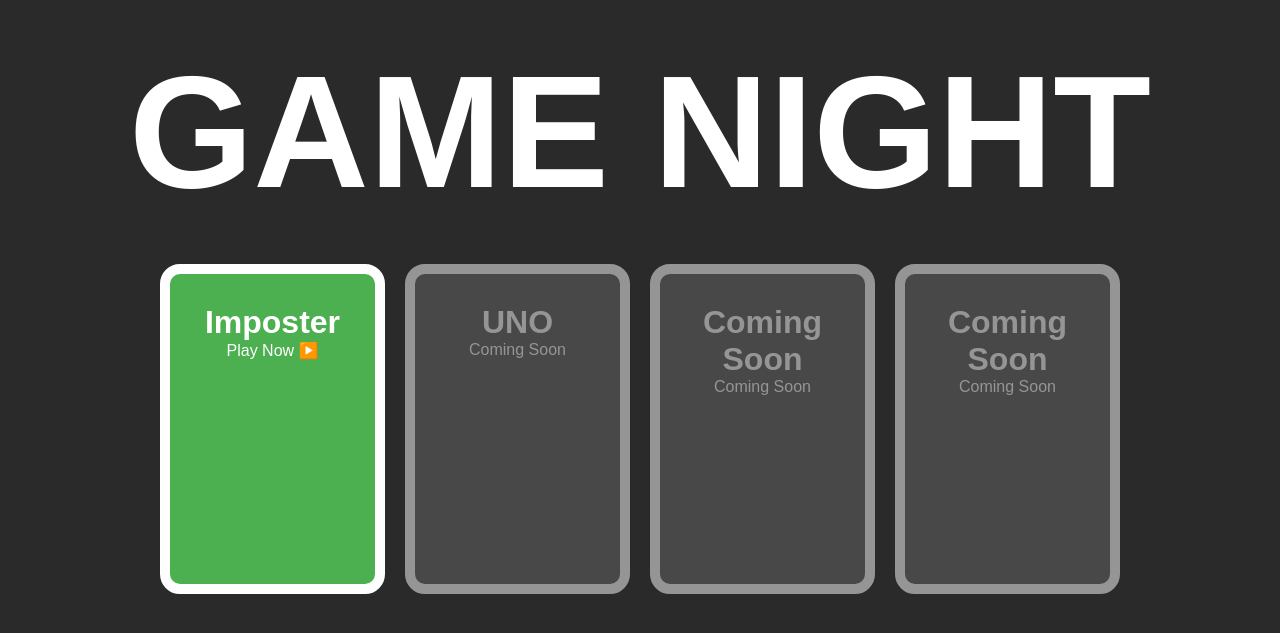
Repository: nfemmanuel/game-night-app
Page: /
An editor plug-in stored every save of this project. The page is shown before and after the next save, followed by the edit.
The browser window is 1280 px wide. The pictures show the whole page.
The project was rebuilt for these pictures with package versions that can differ from the ones it lists, and the page was loaded fresh each time.

Above is the page before, as saved 2025-12-31 16:33:29.

After the next save:
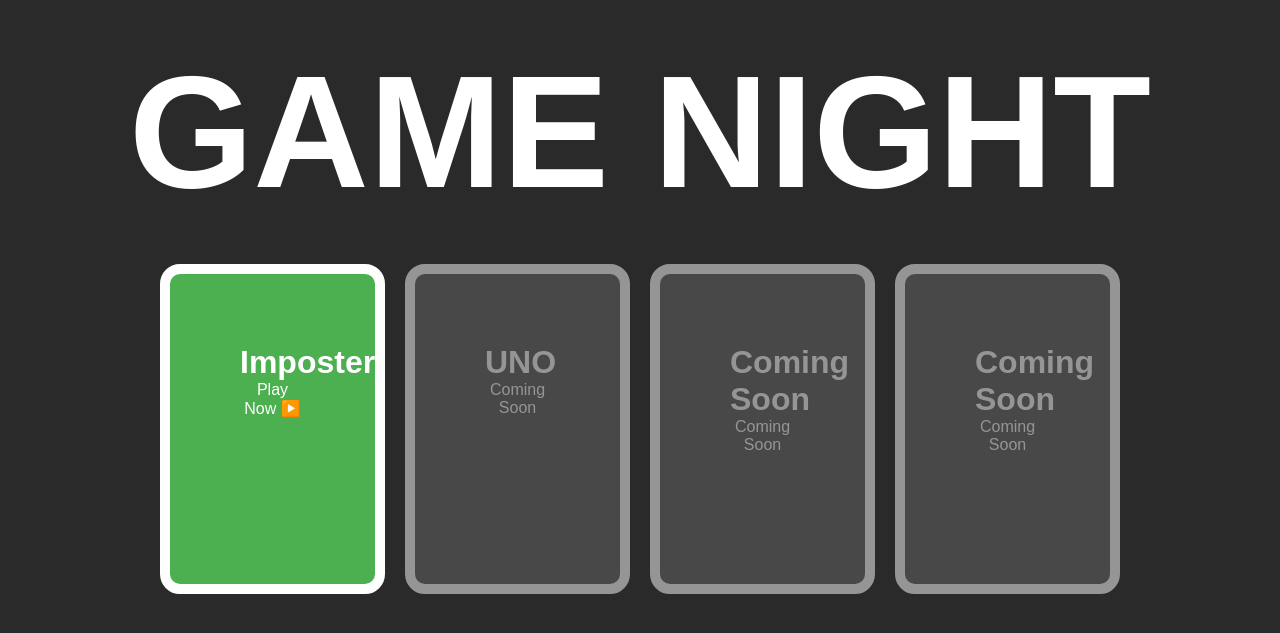
Saved 22 s later.
--- a/src/components/GameCard.module.css
+++ b/src/components/GameCard.module.css
@@ -1,7 +1,7 @@
 .card {
     width: 225px;
     height: 330px;
-    padding: 30px;
+    padding: 70px;
     border-radius: 20px;
     border: 10px solid white;
     text-align: center;

After the 2 saves that followed:
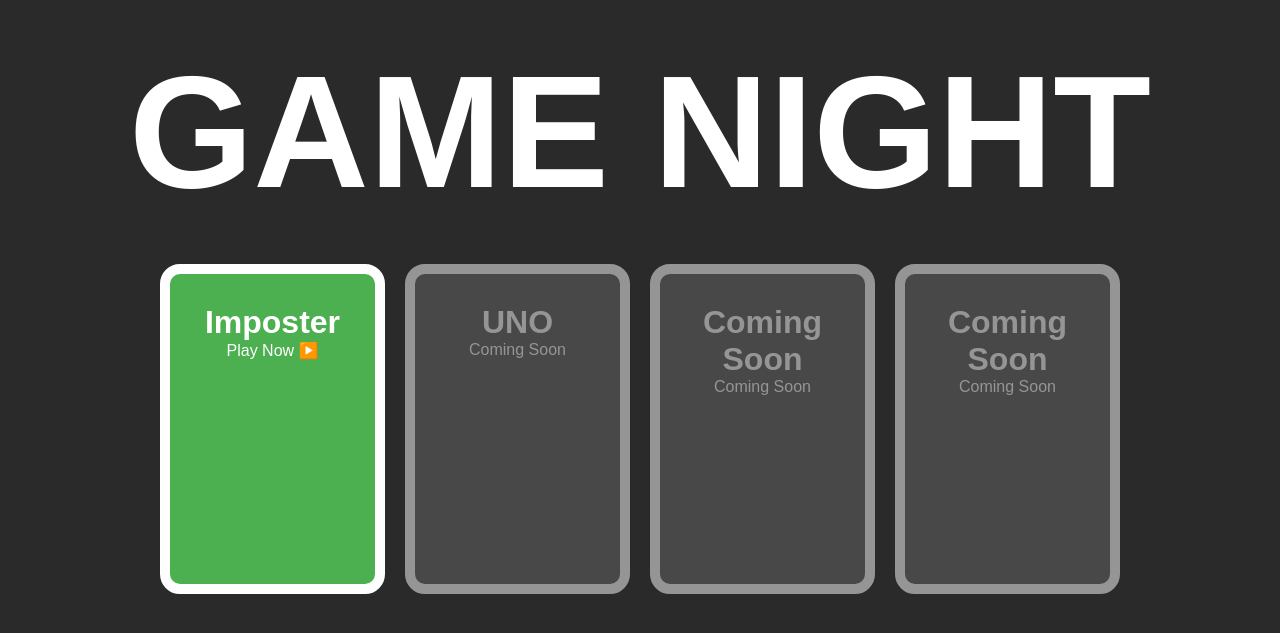
The 2 saves are shown as one change because they came seconds apart.
The last was saved 5 s later.
--- a/src/components/GameCard.module.css
+++ b/src/components/GameCard.module.css
@@ -1,7 +1,7 @@
 .card {
     width: 225px;
     height: 330px;
-    padding: 70px;
+    padding: 30px;
     border-radius: 20px;
     border: 10px solid white;
     text-align: center;
